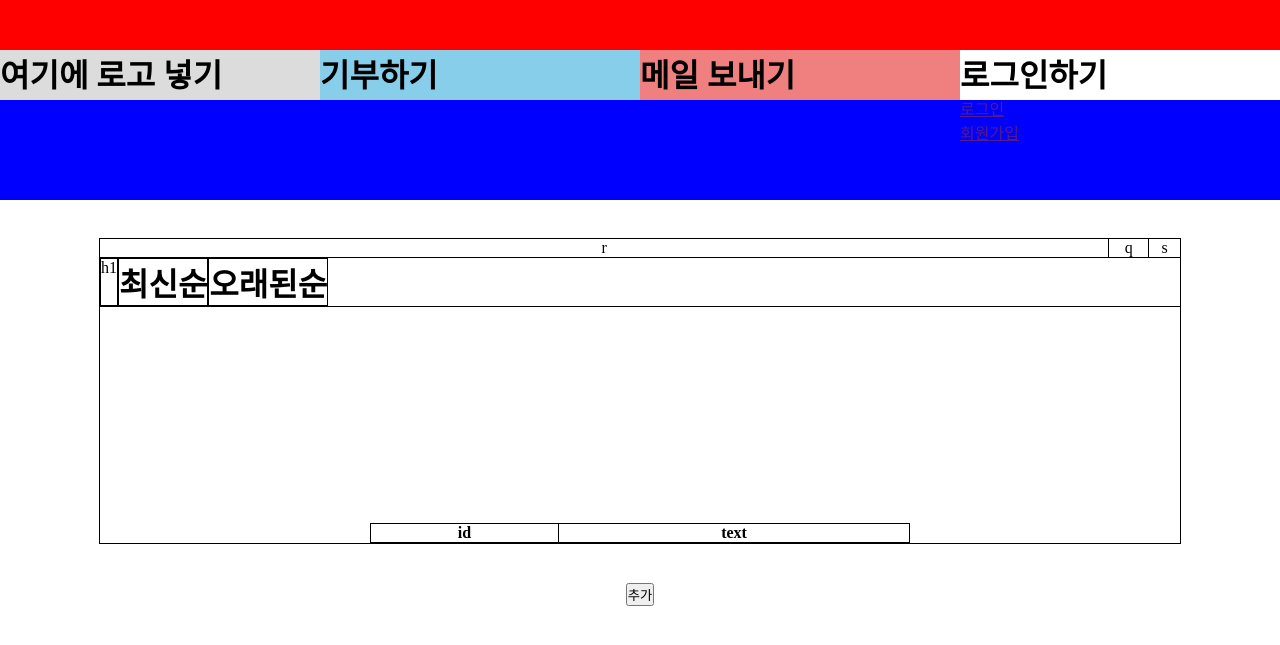
Repository: Yeojin0523/Survey
Page: http://localhost/Blog/Blog/list.jsp
These files come from the project's save history. The page is drawn as it stood at one moment and after the next save; the edit follows.
The browser window is 1280 px wide. The pictures show the whole page.
The page is served by Tomcat 9. The template is opened directly, without the code that normally fills it, so the values that code supplies are empty.

Above is the page before, as saved 2024-07-29 05:39:03.

After the next save:
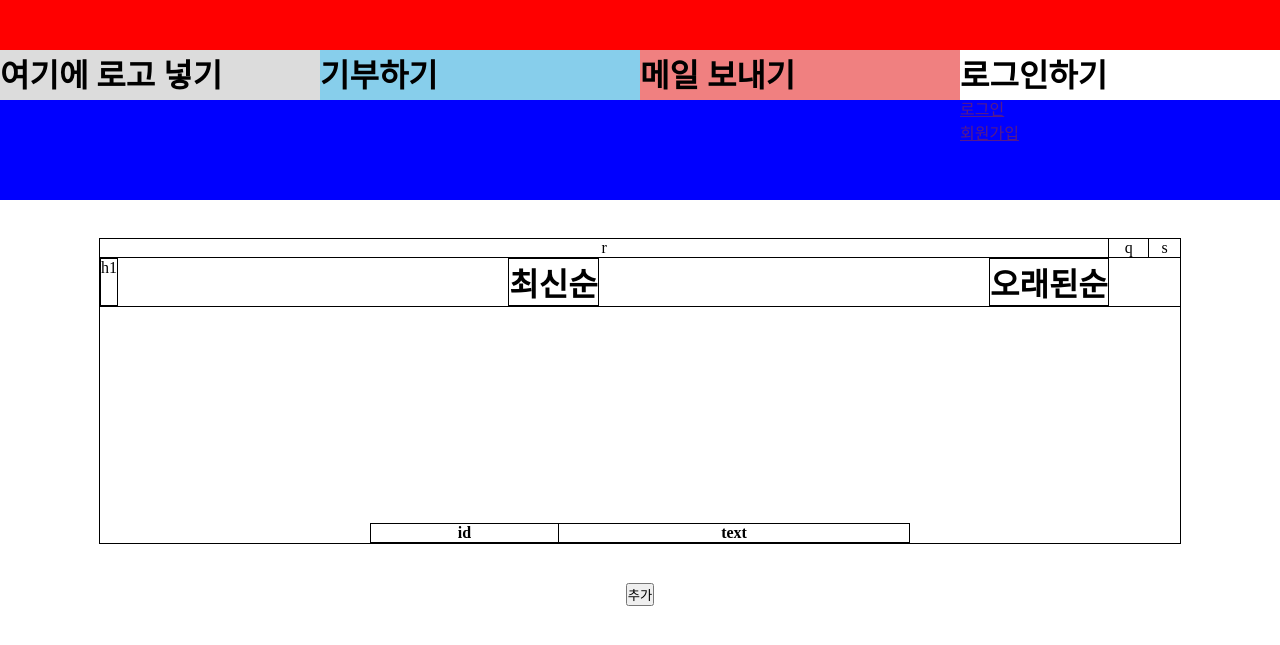
Saved 6 min 19 s later.
--- a/Blog/src/main/webapp/Blog/list.css
+++ b/Blog/src/main/webapp/Blog/list.css
@@ -70,5 +70,5 @@
 }
 .list{
 	display: flex;
-	flex-direction: row;
+	justify-content: space-between;
 }

After the save that followed:
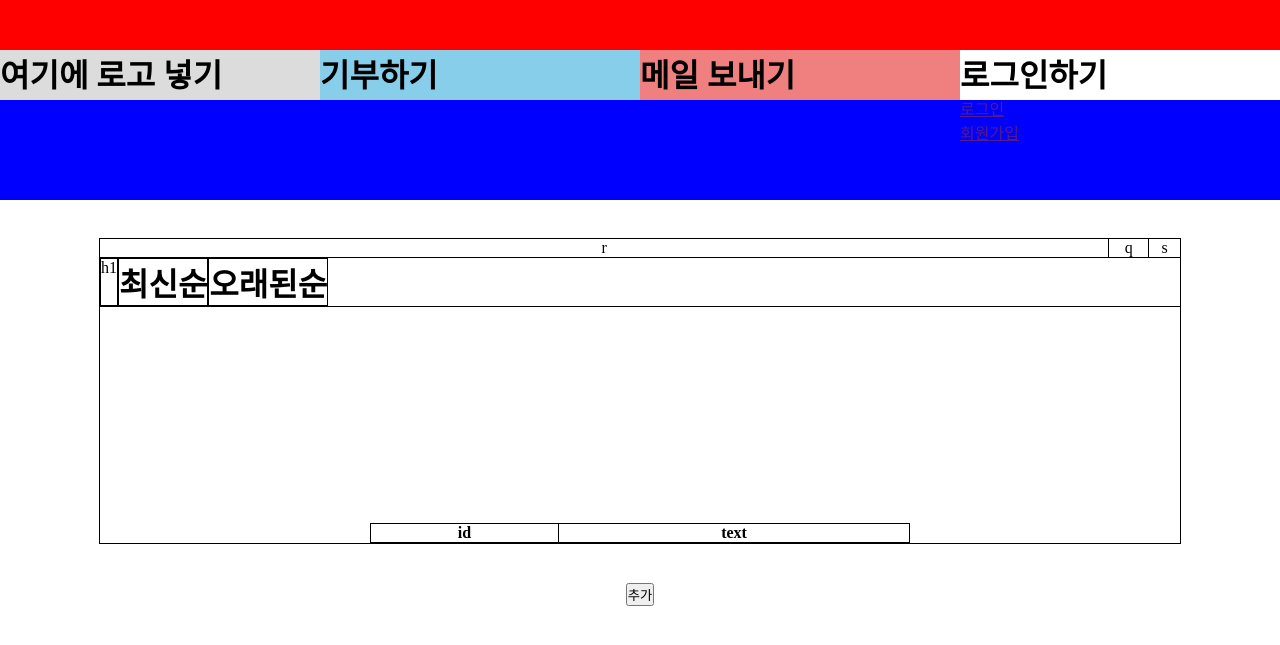
Saved 22 s later.
--- a/Blog/src/main/webapp/Blog/list.css
+++ b/Blog/src/main/webapp/Blog/list.css
@@ -70,5 +70,4 @@
 }
 .list{
 	display: flex;
-	justify-content: space-between;
 }
